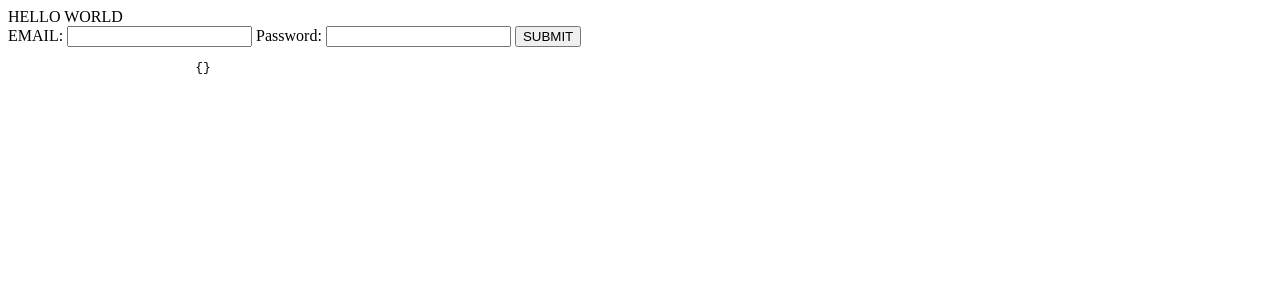
Repository: amp89/FindIP
Page: http://localhost/FindIp/views/postTest.jsp
An editor plug-in stored every save of this project. The page is shown before and after a run of saves, followed by the edit.
The browser window is 1280 px wide. The pictures show the whole page.
The page is served by Tomcat 9. Other server files are loaded and not shown.

Above is the page before, as saved 2016-07-18 07:08:48.

### FindIp/FindIp/WebContent/views/postTest.jsp
<%@ page language="java" contentType="text/html; charset=UTF-8"
    pageEncoding="UTF-8"%>
<!DOCTYPE html PUBLIC "-//W3C//DTD HTML 4.01 Transitional//EN" "http://www.w3.org/TR/html4/loose.dtd">
<html>
<head>
<meta http-equiv="Content-Type" content="text/html; charset=UTF-8">
<title>IP FIND | Search</title>


		<script src="js/jquery.js"></script>
		<script src="js/test.js"></script>
		<script src="angular/angular.min.js"></script>
</head>
<body>
	HELLO WORLD

<!-- 	<div ng-app>

	test angular
	<input type="text" placeholder="type stuff" ng-model="name" />
	<h3 ng-show="name">{{name}}</h3>
	<h4>{{"HELLO WORLD - ANGULAR"}}</h4>
		</div>
	end test angular -->
	<div ng-app="formApp" ng-controller="formController">

		<form ng-submit="processForm()">
		<label>EMAIL:</label>
		<input type="text" name="email" ng-model="formData.email"/>

		<label>Password:</label>
		<input type="text" name="password" ng-model="formData.password"/>

		<button type="submit">SUBMIT</button>

		</form>

		<pre>
			{{formData}}
		</pre>

	</div>


	<script>


	//try in angular
	var app = angular.module('myApp',[]);

	app.controller('myController',function($scope,$http){
		$http({
			method: "GET",
			url: "rest/getLoggedInUserData"
		}).then(function success(response){
			$scope.stuff = response.data;
			console.log("angular get response: " + response.data.email);
		}, function error(response){
			$scope.stuff = response.statusText;
			console.log("angular get response: " + response.statusText);
		})

	});

	var formApp = angular.module("formApp", []);

	formApp.controller("formController",function($scope,$http){
		$scope.formData = {};
		$scope.processForm = function(){
			console.log($scope.formData);
		};

	});






	</script>



	<!-- end test rest call -->



	<div ng-app="myApp" ng-controller="myController">
	</div>



</body>
</html>

### FindIp/FindIp/WebContent/js/test.js
$("document").ready(function(){
	console.log("hello world!");
});

Loaded but not shown: FindIp/FindIp/WebContent/js/jquery.js (library); FindIp/FindIp/WebContent/angular/angular.min.js (library)

After the next 2 saves:
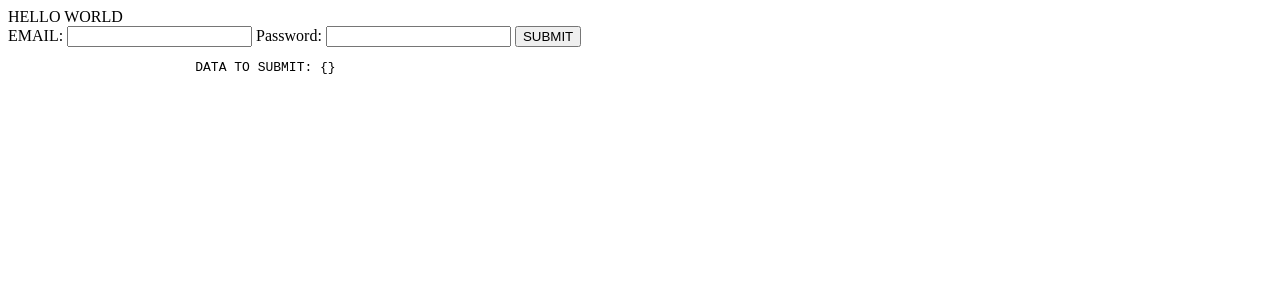
The 2 saves are shown as one change because they came seconds apart.
The last was saved 2 min 9 s later.
--- a/FindIp/FindIp/WebContent/views/postTest.jsp
+++ b/FindIp/FindIp/WebContent/views/postTest.jsp
@@ -36,7 +36,7 @@
 		</form>
 
 		<pre>
-			{{formData}}
+			DATA TO SUBMIT: {{formData}}
 		</pre>
 
 	</div>
